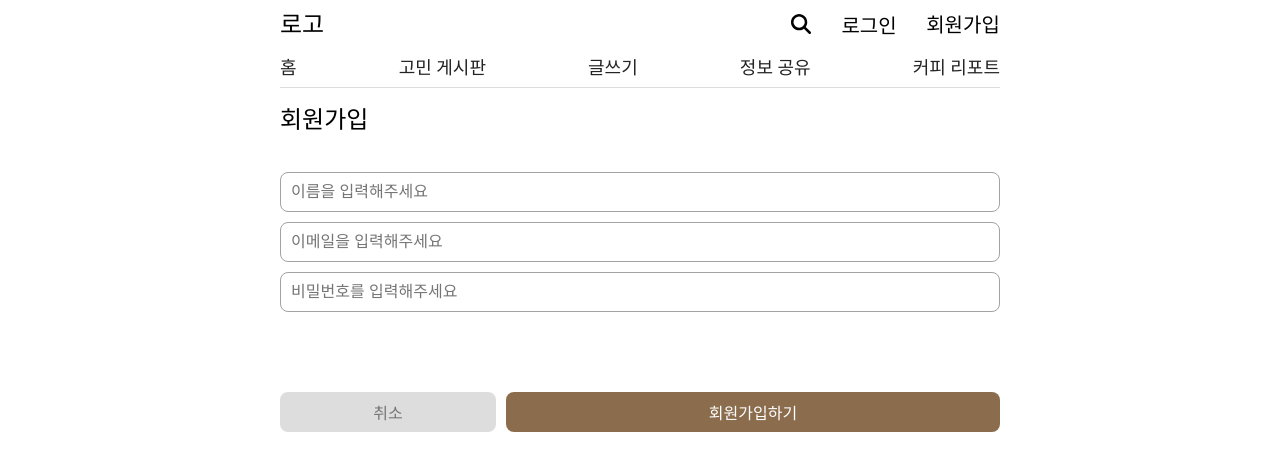
Repository: zlazlazla35/coffee
Page: /join
An editor plug-in stored every save of this project. The page is shown before and after the next save, followed by the edit.
The browser window is 1280 px wide. The pictures show the whole page.
The page's requests for data from a server got no answer. Some web fonts or font styles are not loaded; a fallback is used. The project was rebuilt for these pictures with package versions that can differ from the ones it lists, and the page was loaded fresh each time. The framework's server and built-in components were replaced by stand-ins that run in the browser. No one was signed in, and anything a server would have sent is missing. Also part of the build but not shown: next.config.mjs, src/app/LogOutButton.js.

Above is the page before, as saved 2025-01-20 17:13:04.

After the next save:
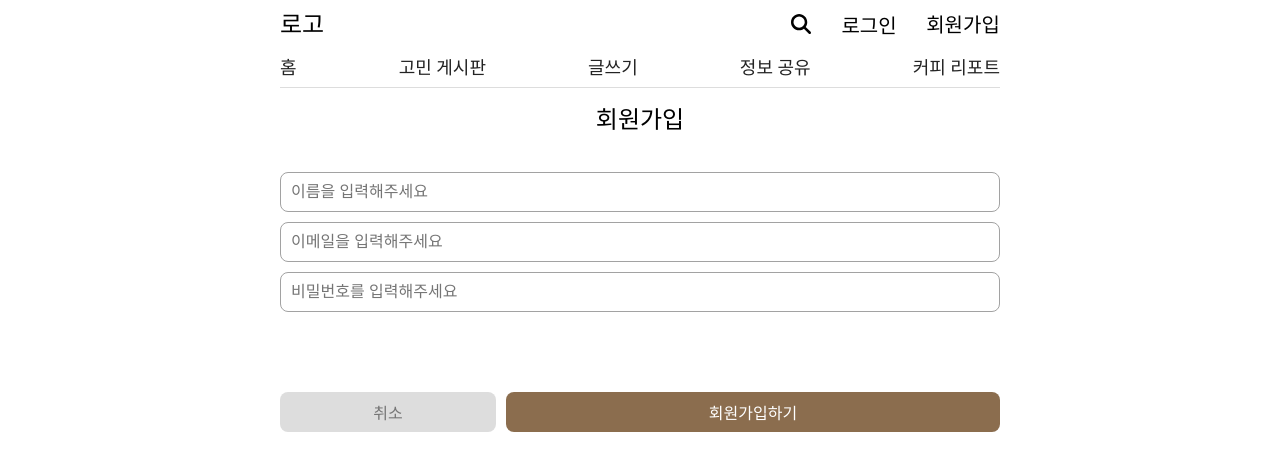
Saved 7 s later.
--- a/src/app/globals.css
+++ b/src/app/globals.css
@@ -173,7 +173,7 @@ select {font-family: 'NanumSquare', sans-serif !important; outline: none !import
 
 
 .join {width: 100%; max-width: 720px; margin: 0 auto;}
-.join .title {font-size: 24px; margin: 20px 0 40px;}
+.join .title {font-size: 24px; margin: 20px 0 40px; text-align: center;}
 .join input {width: 100%; height: 40px;box-sizing: border-box;padding: 10px;font-size: 16px;border-radius: 8px; border: 1px solid #a2a2a2; margin-bottom: 10px;}
 .join .btnBox {width: 100%;display: flex;align-items: center;justify-content: space-between; margin-top: 70px;}
 .join .btnBox button.back {width: 30%;height: 40px;background: #ddd;color: #757575;font-size: 16px;border: none;border-radius: 8px; margin-right: 10px;}
